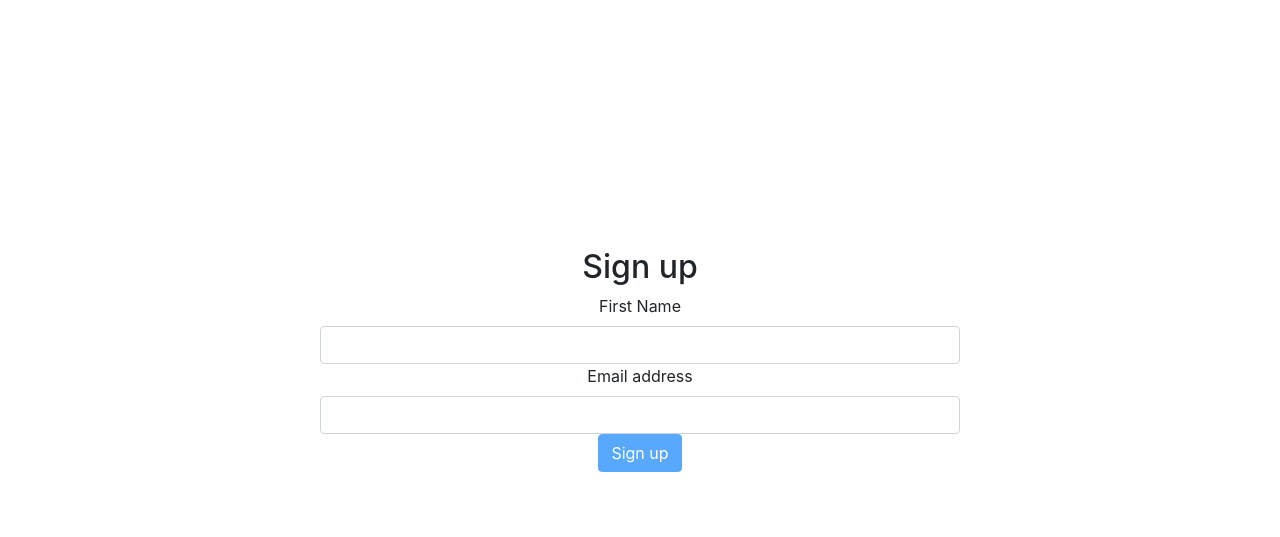
Repository: jklodge/react-form
Page: / (app in adzuna-form/)
These files come from the project's save history. The page is drawn as it stood at one moment and after the next save; the edit follows.
The browser window is 1280 px wide. The pictures show the whole page.
The project was rebuilt for these pictures with package versions that can differ from the ones it lists, and the page was loaded fresh each time.

Above is the page before, as saved 2020-01-08 22:47:58.

After the next save:
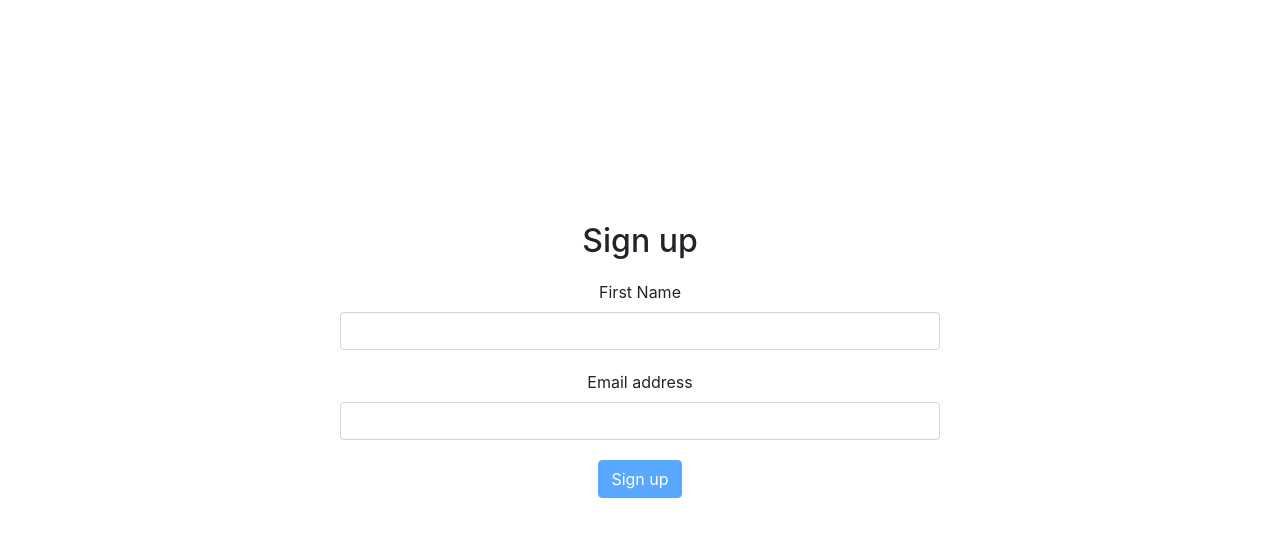
Saved 65 s later.
--- a/adzuna-form/src/Components/Form.scss
+++ b/adzuna-form/src/Components/Form.scss
@@ -7,4 +7,8 @@
   .form-container {
     width: 50%;
   }
+
+  .form {
+    margin: 20px;
+  }
 }
